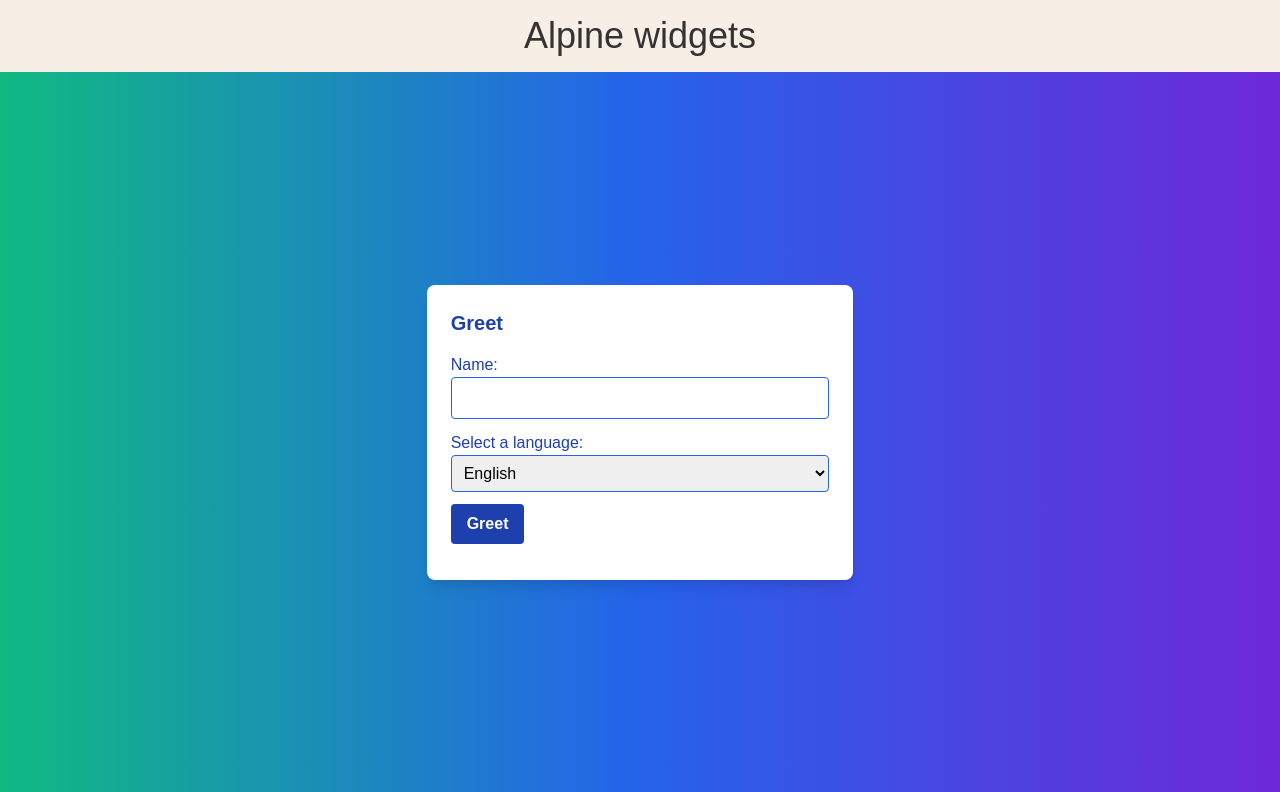
Repository: lasity34/alpine-bootcamp-widgets
Page: index.html
The author's editor kept a copy of each file at every save. The page is drawn from the files as they stood at one save, then again after the next save.
The browser window is 1280 px wide. The pictures show the whole page.
Some web fonts or font styles are not loaded; a fallback is used. Some web libraries are served in a nearby version.

Above is the page before, as saved 2023-07-12 11:31:37.

After the next save:
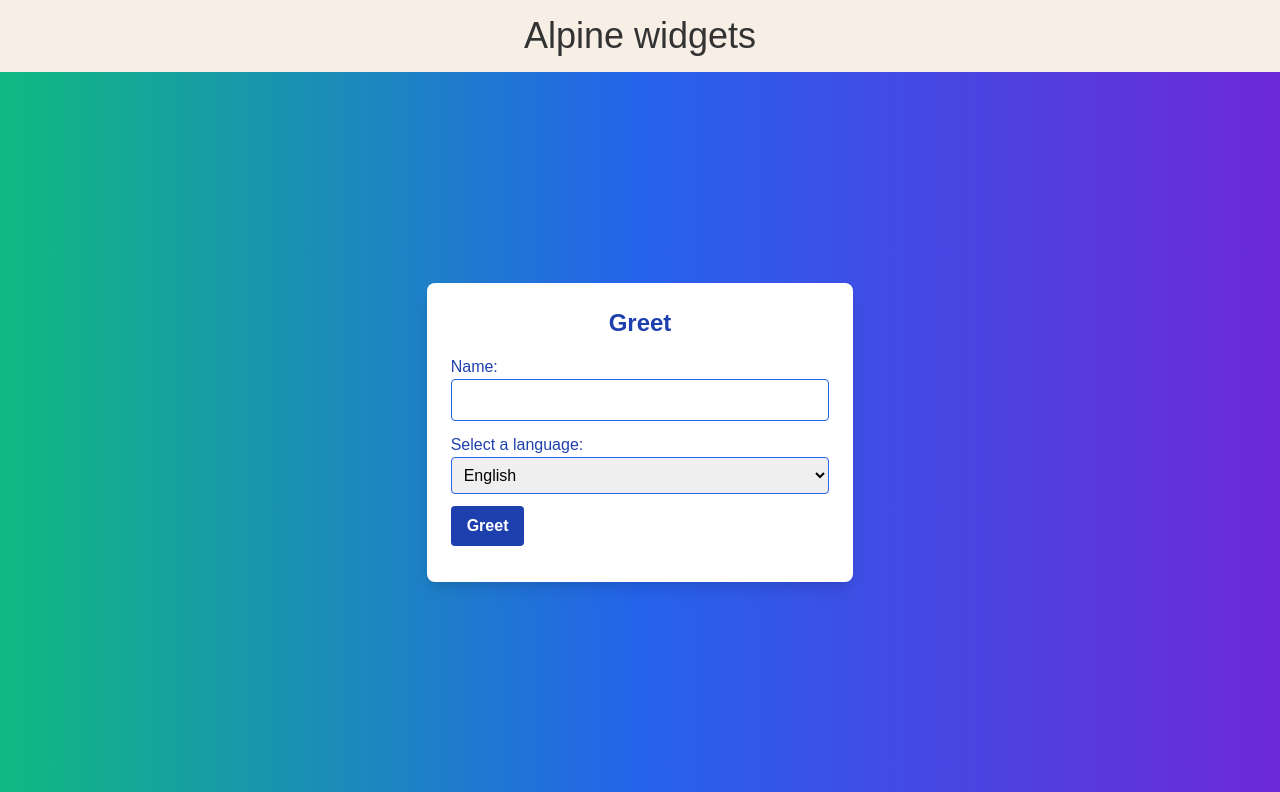
Saved 38 s later.
--- a/index.html
+++ b/index.html
@@ -26,7 +26,7 @@
         class="w-1/3 bg-white rounded-lg shadow-lg p-6 m-4"
         x-data="greet"
       >
-        <h2 class="text-xl font-bold mb-4 text-blue-800">Greet</h2>
+        <h2 class="text-2xl text-center font-bold mb-4 text-blue-800">Greet</h2>
         <div>
           <label class="text-blue-800">Name:</label>
           <input
